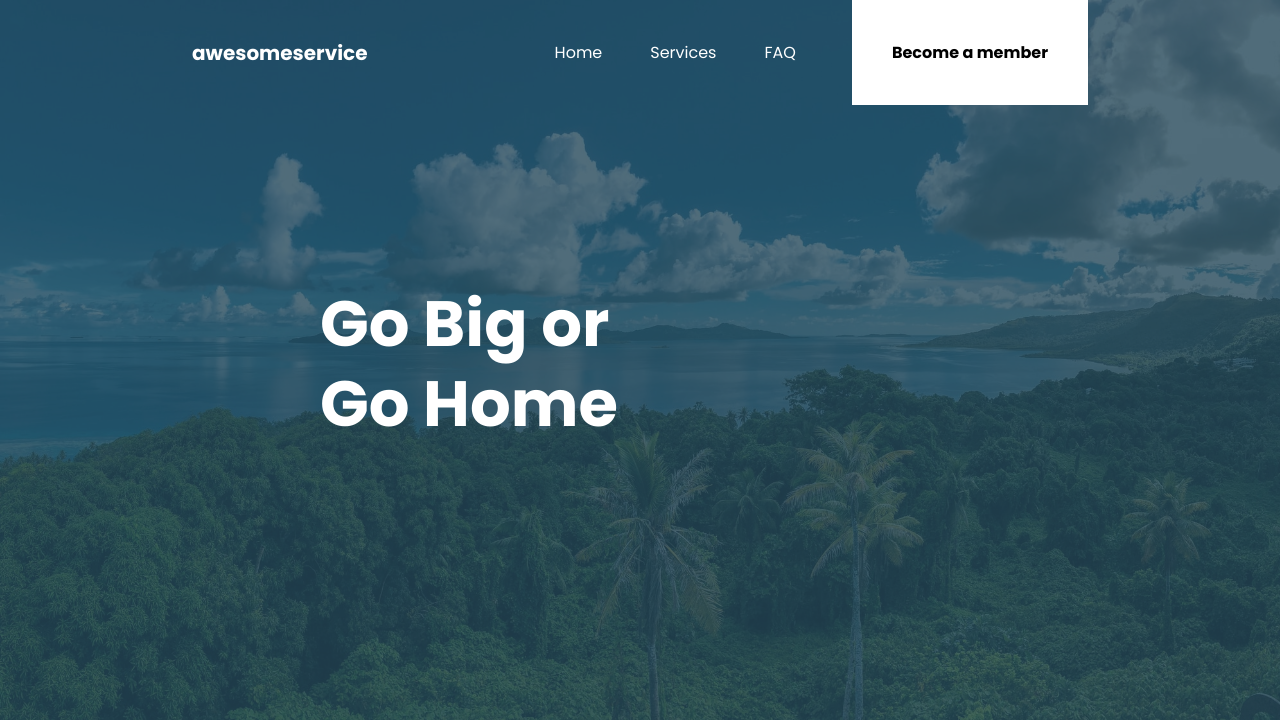
Repository: Hyperion72R/Animated-Navigation
Page: index.html
These files come from the project's save history. The page is drawn as it stood at one moment and after the next save; the edit follows.
The browser window is 1280 px wide. The pictures show the whole page.
Some web libraries are served in a nearby version. The style sheet was rebuilt from its Sass, Less or Tailwind sources for each picture, by a compiler version that may differ from the author's.

Above is the page before, as saved 2021-09-23 21:45:12.

### index.html
<!DOCTYPE html>
<html lang="en">
  <head>
    <meta charset="UTF-8" />
    <meta http-equiv="X-UA-Compatible" content="IE=edge" />
    <meta name="viewport" content="width=device-width, initial-scale=1.0" />
    <title>Document</title>
    <link rel="stylesheet" href="css/main.css" />
  </head>
  <body>
    <header>
      <a href="#" class="logo">awesomeservice</a>

      <nav>
        <ul>
          <li><a href="#">Home</a></li>
          <li><a href="#">Services</a></li>
          <li><a href="#">FAQ</a></li>
          <li class="active" onclick="ov(this)">
            <a href="#">Become a member</a>
          </li>
        </ul>
      </nav>
    </header>

    <section>
      <h1>Go Big or Go Home</h1>
    </section>

    <div class="overlay">
      <div class="left">
        <h2>It's so easy</h2>
        <p class="subhead">You've got two options!</p>

        <div class="cards">
          <div class="card">
            <strong>Subscribe for $9 per month</strong>
            <p>
              Lorem ipsum dolor, sit amet consectetur adipisicing elit. Lorem
              ipsum dolor sit.
            </p>
            <a href="#" class="cta">Subscribe Now</a>
          </div>

          <div class="card">
            <strong>Pay $99 Once</strong>
            <p>
              Ratione quisquam, nesciunt corrupti magni quis tempora veritatis
              laudantium ex
            </p>
            <a href="#" class="cta pay-once">Pay Once</a>
          </div>
        </div>
      </div>

      <div class="middle">
        <ul class="secondary">
          <li><a href="#">Home</a></li>
          <li><a href="#">Services</a></li>
          <li><a href="#">FAQ</a></li>
          <li><a href="#">Contact</a></li>
        </ul>

        <div class="social-nav">
          <a href="" class="twitter"
            ><svg
              xmlns="http://www.w3.org/2000/svg"
              width="32"
              height="32"
              viewBox="0 -1.15 32 32"
            >
              <path
                d="M24 4.557c-.883.392-1.832.656-2.828.775 1.017-.609 1.798-1.574 2.165-2.724-.951.564-2.005.974-3.127 1.195-.897-.957-2.178-1.555-3.594-1.555-3.179 0-5.515 2.966-4.797 6.045-4.091-.205-7.719-2.165-10.148-5.144-1.29 2.213-.669 5.108 1.523 6.574-.806-.026-1.566-.247-2.229-.616-.054 2.281 1.581 4.415 3.949 4.89-.693.188-1.452.232-2.224.084.626 1.956 2.444 3.379 4.6 3.419-2.07 1.623-4.678 2.348-7.29 2.04 2.179 1.397 4.768 2.212 7.548 2.212 9.142 0 14.307-7.721 13.995-14.646.962-.695 1.797-1.562 2.457-2.549z"
              /></svg
          ></a>
          <a href="" class="facebook"
            ><svg
              xmlns="http://www.w3.org/2000/svg"
              width="32"
              height="32"
              viewBox="0 0 32 32"
            >
              <path
                d="M9 8h-3v4h3v12h5v-12h3.642l.358-4h-4v-1.667c0-.955.192-1.333 1.115-1.333h2.885v-5h-3.808c-3.596 0-5.192 1.583-5.192 4.615v3.385z"
              /></svg
          ></a>
        </div>
      </div>

      <div class="right">
        <!-- <div class="test" onclick="ov2()"></div> -->
        <svg
          onclick="ov2()"
          class="exitTest"
          xmlns="http://www.w3.org/2000/svg"
          transform="translate(-16, 0)"
          height="25"
          width="25"
        >
          <path
            class="exit"
            d="M24 20.188l-8.315-8.209 8.2-8.282-3.697-3.697-8.212 8.318-8.31-8.203-3.666 3.666 8.321 8.24-8.206 8.313 3.666 3.666 8.237-8.318 8.285 8.203z"
          />
        </svg>
      </div>
    </div>

    <script
      src="https://cdnjs.cloudflare.com/ajax/libs/gsap/3.7.1/gsap.min.js"
      integrity="sha512-UxP+UhJaGRWuMG2YC6LPWYpFQnsSgnor0VUF3BHdD83PS/pOpN+FYbZmrYN+ISX8jnvgVUciqP/fILOXDjZSwg=="
      crossorigin="anonymous"
      referrerpolicy="no-referrer"
    ></script>

    <script>
      let open = document.querySelector(".active");
      let close = document.querySelector(".exitTest");

      let tl = gsap.timeline();

      // without z-index we add pointerEvents: 'auto'

      tl.to(".overlay", { opacity: 1, x: 0, scale: 1, duration: 0.3 });

      tl.pause();

      open.addEventListener("click", () => {
        tl.play();
      });

      close.addEventListener("click", () => {
        tl.reverse();
      });

      function ov(x) {
        x.classList.toggle("d");
      }

      function ov2() {
        let svgC = document.querySelector(".active");
        svgC.classList.toggle("d");
      }
    </script>
  </body>
</html>

### css/main.scss
@import url("https://fonts.googleapis.com/css2?family=Poppins:ital,wght@0,400;0,500;0,600;0,700;0,800;0,900;1,400;1,500;1,600;1,700;1,800;1,900&display=swap");

*,
*:before,
*::after {
  box-sizing: border-box;
}

.d {
  z-index: -1;
  // color: red !important;
}

body::after {
  content: "";
  display: block;
  width: 100%;
  //   height: 108%;
  height: 100%;
  //   background-color: rgba(51, 51, 51, 0.5);
  background: rgba(38, 73, 91, 0.8);

  position: absolute;
  top: 0;
  left: 0;
  right: 0;
  bottom: 0;
  z-index: -10;
}

body {
  height: 100vh;
  //   background: #8000ff url("../assets/images/bg.jpg");
  //   background: linear-gradient(rgba(4, 230, 168, 0.8), rgba(44, 189, 230, 0.8)),
  //     url("../assets/images/bg.jpg");
  background: url("../assets/images/bg.jpg");
  //   object-fit: scale-down;
  background-size: cover;
  color: white;
  font-family: "Poppins";
  margin: 0;
  //   background-position: center;
  //   padding: 0;
  //   overflow: hidden;
  background-repeat: no-repeat;
}

ul {
  list-style-type: none;
  margin: 0;
  padding: 0;
}

section,
header {
  width: 70%;
  margin: 0 auto;
}

// .social-nav,
// .right {
//   display: none;
// }

header {
  display: flex;
  justify-content: space-between;
  align-items: center;

  a {
    color: white;
    text-decoration: none;
    padding: 2em;
  }

  a.logo {
    font-weight: bold;
    font-size: 1.25rem;
    padding: 0;
  }

  nav ul {
    display: flex;

    a {
      padding: 2.5em 1.5em;
      display: block;
    }

    li.active a {
      font-weight: bold;
      background: white;
      color: black;
      margin-left: 2em;
      padding: 2.5em;
      // z-index: 2;
      position: sticky;
      z-index: 10;
    }
  }
}

h1 {
  font-size: 4rem;
  width: 40%;
  line-height: 5rem;
  // margin-left: 1.2em;
  margin-left: 2em;
  margin-top: 2.8em;
  // margin-top: 1.4em;
}

//  Overlay

.overlay {
  position: fixed;
  height: 100vh;
  background: white;
  top: 0;
  left: 0;
  width: 100%;
  display: grid;
  grid-template-columns: 75% auto 6em;
  opacity: 0;
  transform: translateX(10%) scale(0.9);
  z-index: 2;
}

.left,
.right,
.middle {
  height: 100vh;
}

h2 {
  color: #2176c5;
  font-size: 5rem;
  margin: 0;
}

.left {
  padding: 8em 10em;

  p.subhead {
    color: black;
    font-size: 1.5rem;
    margin-top: -0.5em;
  }
}

.cards {
  display: flex;
  margin-top: 5em;

  .card {
    padding: 2em;
    box-shadow: 15px 15px 53px rgba(33, 118, 197, 0.14);
    border-radius: 1em;
    // margin-right: 2em;

    strong {
      color: black;
    }

    p {
      color: #393241;
    }

    &:nth-of-type(2) {
      margin-left: 2em;
    }

    .cta {
      padding: 0.5em 1em;
      border-radius: 0.3em;
      text-decoration: none;
      background: #2176c5;
      margin-top: 1em;
      display: inline-block;
      color: white;
      font-weight: bold;
    }

    .pay-once {
      background: scale-color(#2176c5, $lightness: 70%);
      color: scale-color(#2176c5, $lightness: -30%);
    }
  }
}

.middle {
  padding-top: 10em;

  a {
    font-size: 1.5rem;
    text-decoration: none;
    color: black;
    padding: 0.4em 0;
    display: block;
  }

  .secondary a:hover {
    color: #2176c5;
  }

  .social-nav {
    margin-top: 3em;
    display: flex;
    // gap: 0.17em;
    gap: 0.3em;
  }

  a:hover svg path {
    fill: #2176c5;
  }
}

.right {
  display: grid;
  justify-items: center;
  background-color: #2176c5;
  // cursor: pointer;
}

.exitTest {
  margin-top: 1.2em;
  // cursor: auto;
  // transform: translate(-16px, 0px);
  cursor: pointer;
}

.right svg path {
  fill: white;
  cursor: pointer;
}

div.test {
  height: 27px;
  // margin-top: 15px;
  margin-top: 1.12em;
  cursor: pointer;
}

After the next save:
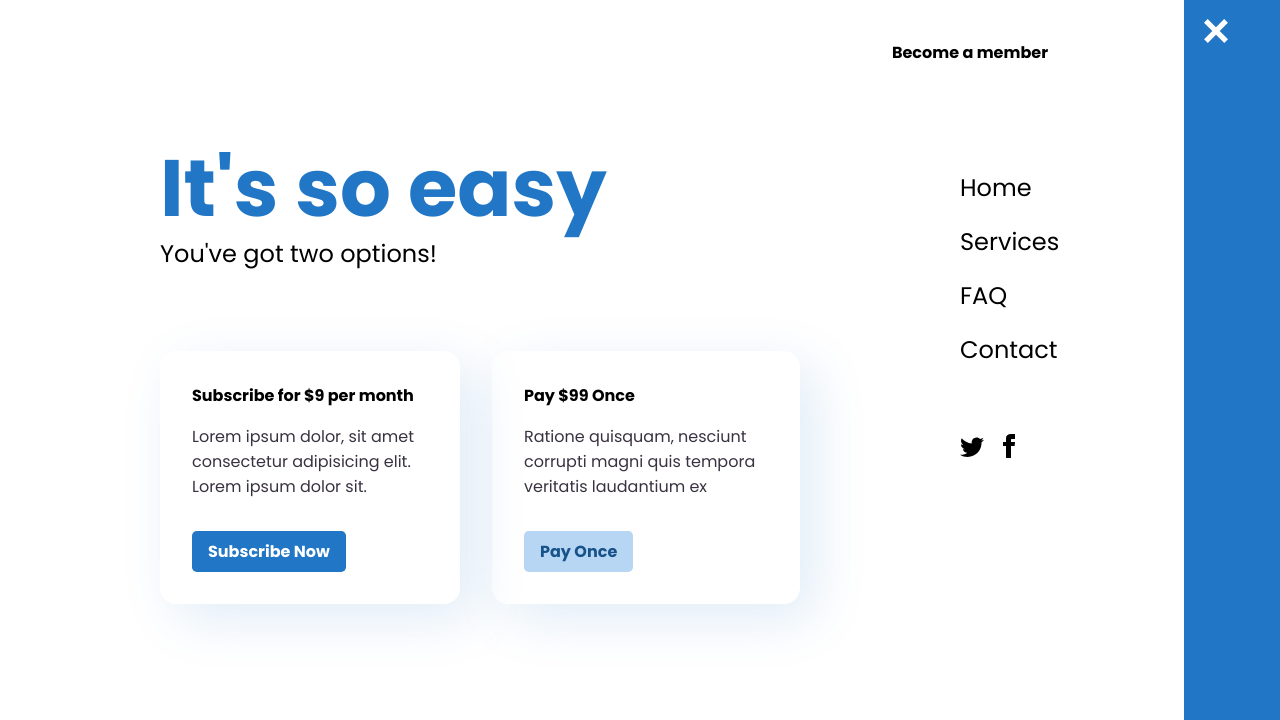
Console error: ReferenceError: t2 is not defined
Saved 10 min 32 s later.
--- a/index.html
+++ b/index.html
@@ -28,7 +28,7 @@
     </section>
 
     <div class="overlay">
-      <div class="left">
+      <div class="left stagger">
         <h2>It's so easy</h2>
         <p class="subhead">You've got two options!</p>
 
@@ -53,7 +53,7 @@
         </div>
       </div>
 
-      <div class="middle">
+      <div class="middle stagger">
         <ul class="secondary">
           <li><a href="#">Home</a></li>
           <li><a href="#">Services</a></li>
@@ -87,7 +87,7 @@
         </div>
       </div>
 
-      <div class="right">
+      <div class="right stagger">
         <!-- <div class="test" onclick="ov2()"></div> -->
         <svg
           onclick="ov2()"
@@ -122,6 +122,8 @@
 
       tl.to(".overlay", { opacity: 1, x: 0, scale: 1, duration: 0.3 });
 
+      t2.to("stagger", { x: 0, opacity: 1, stagger: 0.2 }, "-=.6");
+
       tl.pause();
 
       open.addEventListener("click", () => {

After the save that followed:
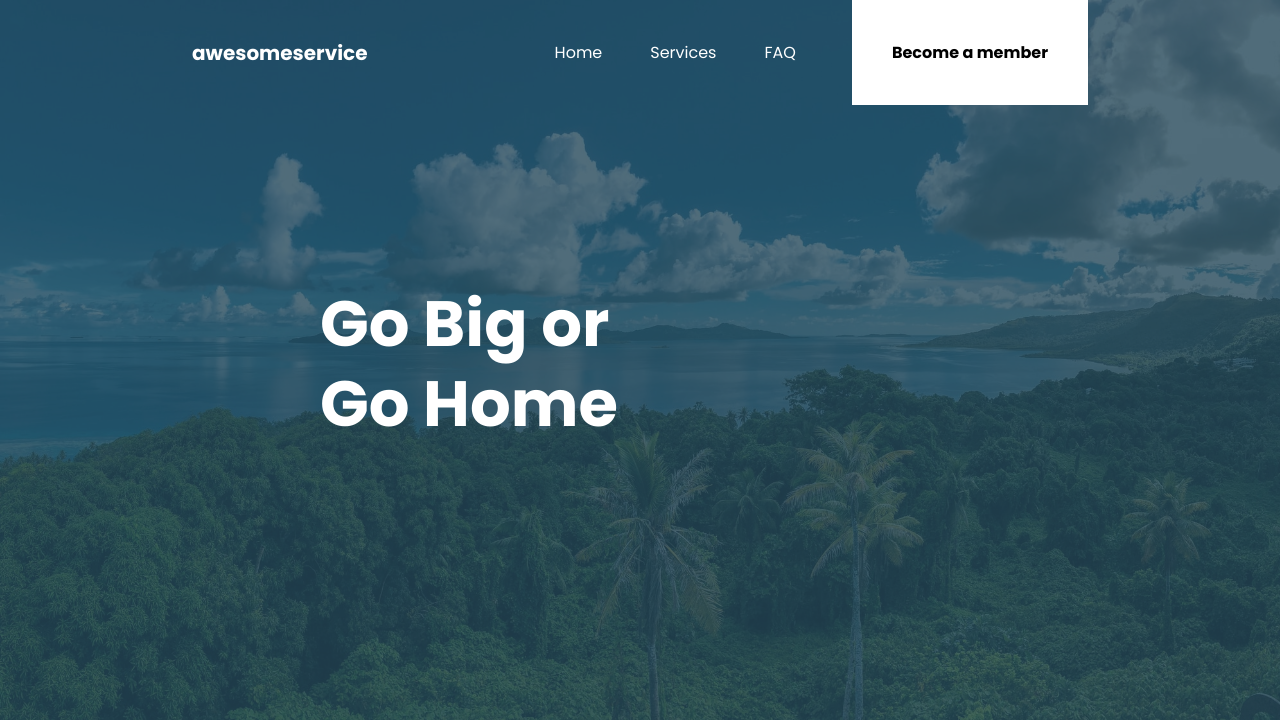
The error is gone.
Saved 16 s later.
--- a/index.html
+++ b/index.html
@@ -122,7 +122,7 @@
 
       tl.to(".overlay", { opacity: 1, x: 0, scale: 1, duration: 0.3 });
 
-      t2.to("stagger", { x: 0, opacity: 1, stagger: 0.2 }, "-=.6");
+      <!-- t2.to("stagger", { x: 0, opacity: 1, stagger: 0.2 }, "-=.6"); -->
 
       tl.pause();
 
